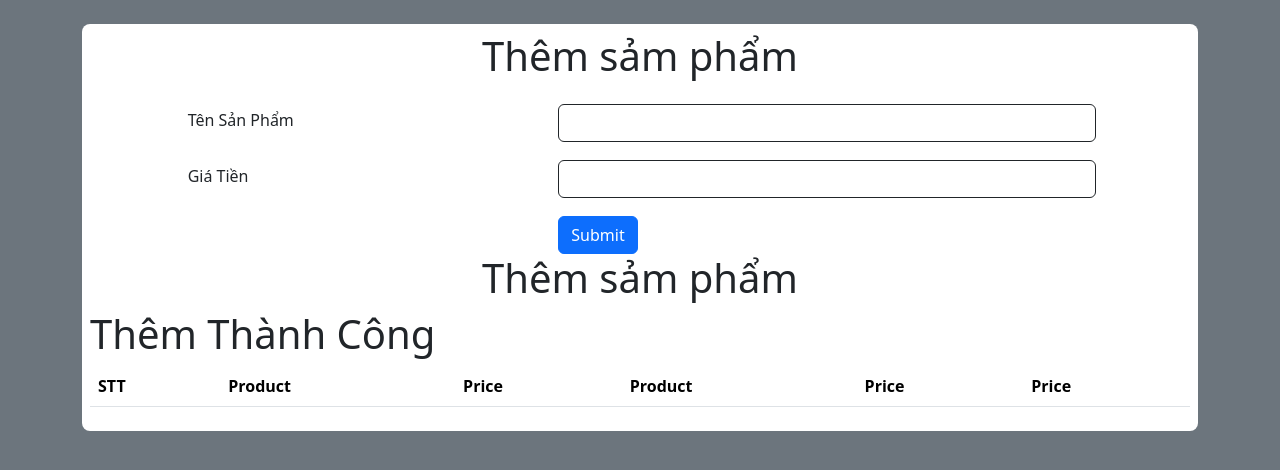
Repository: HT-35/iuh
Page: thi GK/index.html
An editor plug-in stored every save of this project. The page is shown before and after the next save, followed by the edit.
The browser window is 1280 px wide. The pictures show the whole page.

Above is the page before, as saved 2024-03-27 18:35:32.

### thi GK/index.html
<!DOCTYPE html>
<html lang="en">

<head>
  <meta charset="UTF-8">
  <meta name="viewport" content="width=device-width, initial-scale=1.0">
  <title>Call API from Form Input</title>
  <link href="https://cdn.jsdelivr.net/npm/bootstrap@5.3.3/dist/css/bootstrap.min.css" rel="stylesheet">
</head>

<body class="container bg-secondary">

  <div class="row">

    <!-- <div class="col-sm-3 col-md-3 col-lg-3"></div> -->

    <div class="col-12 col-sm-12 col-md-12 col-lg-12">
      <div class="  bg-white rounded-3 p-2 w-100 mt-4">
        <div class="row">

          <div class="title col-12 col-sm-12 col-md-12 col-lg-12">
            <h1 class="text-center">Thêm sảm phẩm</h1>
          </div>
        </div>

        <form action="#" class="">
          <div class="mb-3 mt-3 row">
            <div class="col-0 col-sm-2 col-md-2 col-lg-1  ">

            </div>
            <div class="col-6 col-sm-4 col-md-4 col-lg-4  ">
              <label for="name-product" class="form-label p-1">Tên Sản Phẩm</label>
            </div>
            <div class="col-6 col-sm-6 col-md-6 col-lg-6">
              <input type="text" class="form-control border border-dark" id="name-product" placeholder=""
                name="name-product">
            </div>
          </div>



          <div class="mb-3 mt-3 row">
            <div class="col-0 col-sm-2 col-md-2 col-lg-1  ">

            </div>
            <div class="col-6 col-sm-4 col-md-4 col-lg-4  ">
              <label for="price" class="form-label p-1">Giá Tiền</label>
            </div>
            <div class="col-6 col-sm-6 col-md-6 col-lg-6"><input type="number" class="form-control border border-dark"
                id="price" placeholder="" name="price"></div>
          </div>

          <div class="row">
            <div class=" col-4 col-sm-5 col-md-5 col-lg-5 "></div>
            <div class=" col-6 col-sm-3 col-md-3 col-lg-3 "><button type="button"
                class="btn  btn-primary">Submit</button>
            </div>
            <div class=" col-6 col-sm-4 col-md-4 col-lg-4 "></div>

          </div>

          <div class="table-responsive">
            <div class="title col-12 col-sm-12 col-md-12 col-lg-12">
              <h1 class="text-center">Thêm sảm phẩm</h1>
            </div>
            <h1>Thêm Thành Công </h1>
            <table class="table">
              <thead>
                <tr>
                  <th>STT</th>
                  <th>Product</th>
                  <th>Price</th>
                  <th>Product</th>
                  <th>Price</th>
                  <th>Price</th>
                </tr>
              </thead>
              <tbody id="insertData">
                <!-- <tr>
                                      <th scope="row">1</th>
                                      <td>iphone 15</td>
                                      <td>15.000.000</td>
                                      <td>iphone 15</td>
                                      <td>15.000.000</td>
                                      <td>15.000.000</td>
                                    </tr> -->

              </tbody>
            </table>
          </div>
        </form>
        <div id="result"></div>
      </div>

    </div>


    <!-- <div class="col-sm-3 col-md-3 col-lg-3"></div> -->
  </div>



  <script src="https://cdn.jsdelivr.net/npm/bootstrap@5.3.3/dist/js/bootstrap.bundle.min.js"></script>
  <script src="./js/script.js"></script>
</body>

</html>

### thi GK/js/script.js
document.addEventListener("DOMContentLoaded", async () => {
  const btn = document.querySelector(".btn");

  const callApi = async (product) => {
    const res = await fetch("http://localhost:3000/product/create", {
      method: "POST",
      headers: {
        "Content-Type": "application/json", // Thêm header Content-Type
      },
      body: JSON.stringify(product),
    });
    const data = await res.json();
    return data;
  };

  btn.addEventListener("click", async () => {
    const nameProduct = document.querySelector("#name-product").value;
    const price = document.querySelector("#price").value;

    const product = {
      product: nameProduct,
      price: price,
    };

    const dataApi = await callApi(product);
    console.log(dataApi);
    // console.log(product);
  });
});

After the next save:
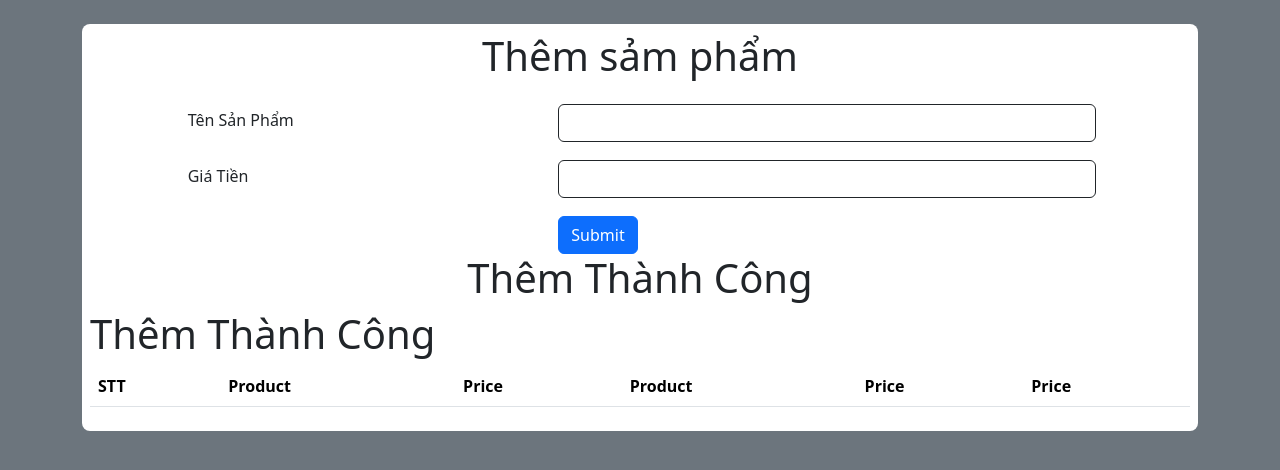
Saved 5 s later.
--- a/thi GK/index.html
+++ b/thi GK/index.html
@@ -61,7 +61,7 @@
 
           <div class="table-responsive">
             <div class="title col-12 col-sm-12 col-md-12 col-lg-12">
-              <h1 class="text-center">Thêm sảm phẩm</h1>
+              <h1 class="text-center">Thêm Thành Công</h1>
             </div>
             <h1>Thêm Thành Công </h1>
             <table class="table">
